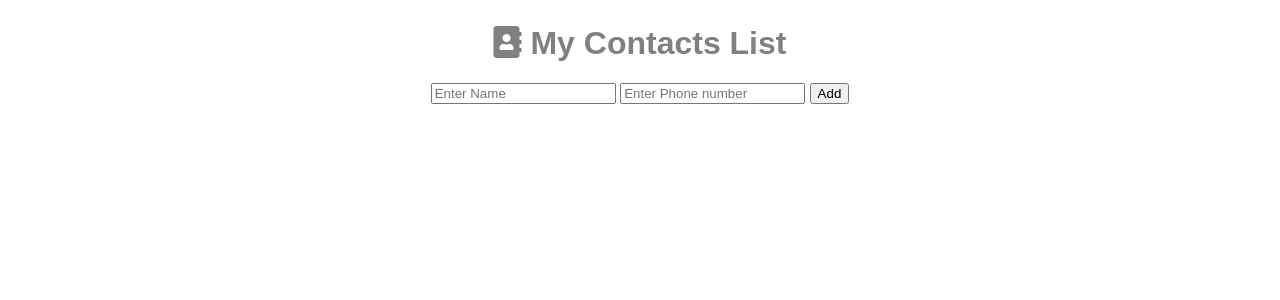
Repository: Sayan-100/Contact-List
Page: http://localhost/
The author's editor kept a copy of each file at every save. The page is drawn from the files as they stood at one save, then again after the next save.
The browser window is 1280 px wide. The pictures show the whole page.
Some web libraries are served in a nearby version. The page is served by the project's Node server (index.js). Queries for data that is not in the repository find no rows.

Above is the page before, as saved 2022-01-09 21:37:27.

After the next save:
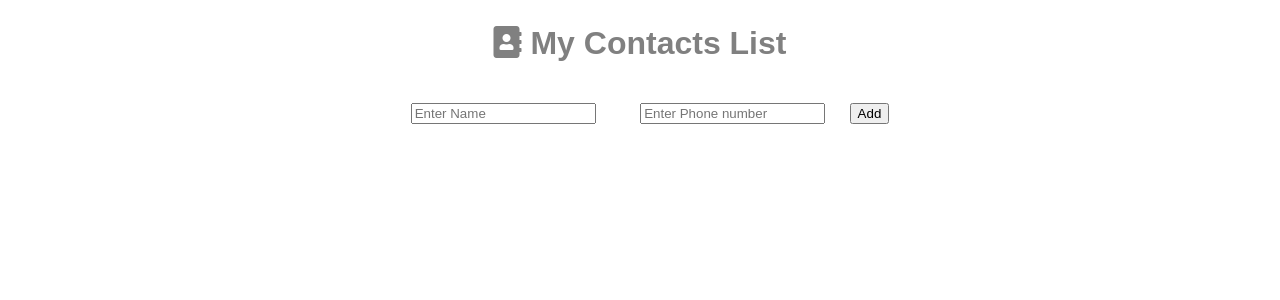
Saved 2 min 13 s later.
--- a/assets/css/home.css
+++ b/assets/css/home.css
@@ -23,6 +23,10 @@
         font-family: monaco;
     }
 
+    input {
+        margin: 20px;
+    }
+
     p {
         display: inline-block;
         padding-left: 2rem;
